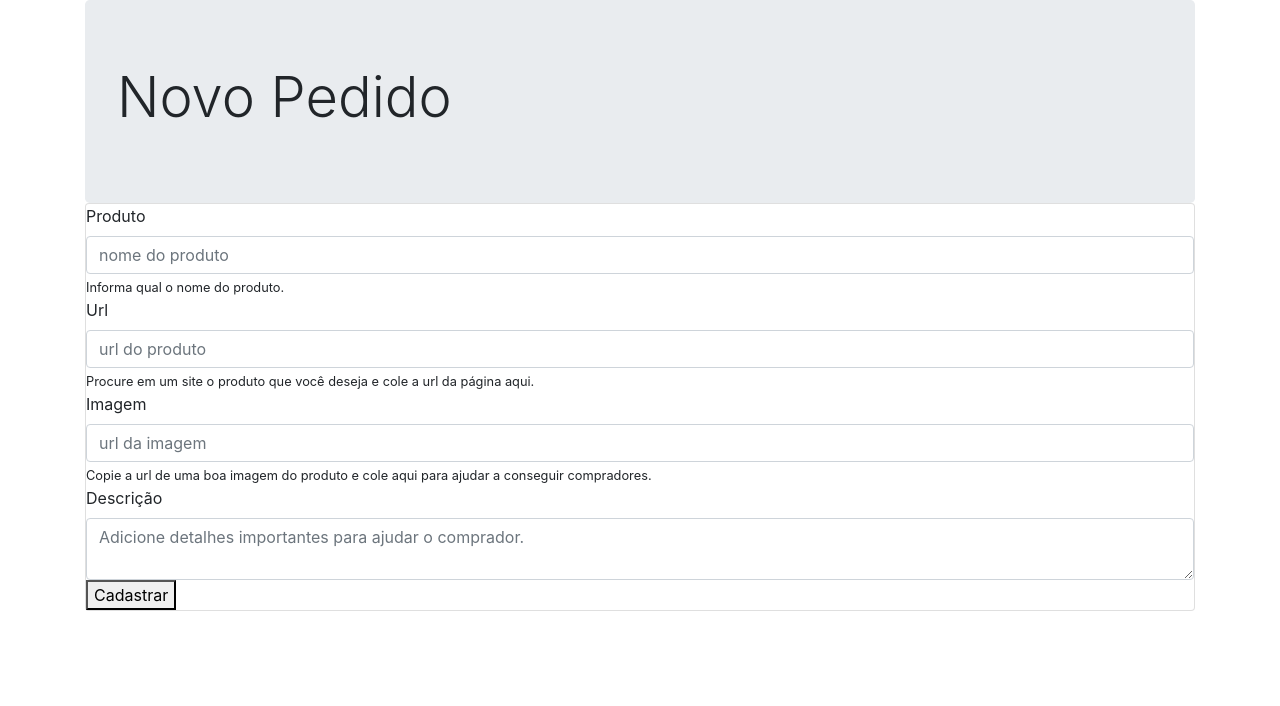
Repository: BrunoMreis/Spring-MVC-Crie-um-web-app-com-Thymeleaf-e-Bootstrap
Page: http://localhost/pedido/formulario
An editor plug-in stored every save of this project. The page is shown before and after the next save, followed by the edit.
The browser window is 1280 px wide. The pictures show the whole page.
The page is this project's Thymeleaf template; nobody is signed in. The template is opened directly, without the code that normally fills it, so the values that code supplies are empty.

Above is the page before, as saved 2020-10-15 14:28:05.

### mundi/src/main/resources/templates/pedido/formulario.html
<!DOCTYPE html>
<html>
<head>
<meta charset="UTF-8">
<title>Insert title here</title>
<link rel="stylesheet"
	href="https://stackpath.bootstrapcdn.com/bootstrap/4.5.2/css/bootstrap.min.css"
	integrity="sha384-JcKb8q3iqJ61gNV9KGb8thSsNjpSL0n8PARn9HuZOnIxN0hoP+VmmDGMN5t9UJ0Z"
	crossorigin="anonymous">
</head>
<body>
	<div class="container">
		<div class="jumbotron mb-0">
			<h1 class="display-4">Novo Pedido</h1>
		</div>

		<div class="card" >
		<form th:object="${requisicaoNovoPedido}"  action="/pedido/novo" method="POST">
			<div>
				<label for="nomeProduto">Produto</label>
				<input th:field="*{nomeProduto}"  placeholder="nome do produto" class="form-control"/>
				<small>Informa qual o nome do produto.</small>
			</div>
			<div>
				<label for="urlProduto">Url</label>
				 <input th:field="*{urlProduto}"  placeholder="url do produto" class="form-control"/>
				 <small>Procure em um site o produto que você deseja e cole a url da página aqui.</small>
			</div>
			<div>
				<label for="urlImagem">Imagem</label>
				<input th:field="*{urlImagem}"  placeholder="url da imagem" class="form-control"/>
				<small>Copie a url de uma boa imagem do produto e cole aqui para ajudar a conseguir
					compradores.</small>
			</div>
			<div>
				<label for="descricao">Descrição</label>
				<textarea  th:field="*{descricao}"
					placeholder="Adicione detalhes importantes para ajudar o comprador." class="form-control"></textarea>
			</div>
			<button type="submit">Cadastrar</button>
		</form>
		</div>
	</div>
</body>
</html>

After the next save:
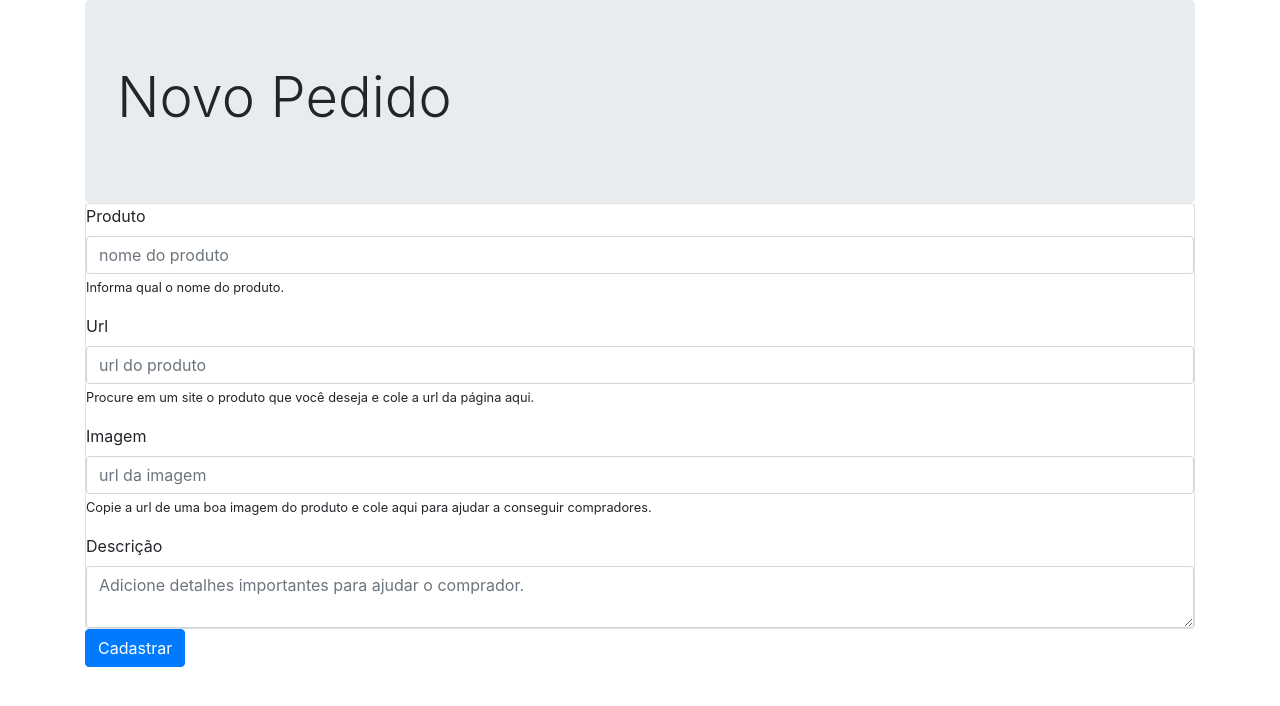
Saved 2 min 18 s later.
--- a/mundi/src/main/resources/templates/pedido/formulario.html
+++ b/mundi/src/main/resources/templates/pedido/formulario.html
@@ -16,28 +16,28 @@
 
 		<div class="card" >
 		<form th:object="${requisicaoNovoPedido}"  action="/pedido/novo" method="POST">
-			<div>
+			<div class="form-group">
 				<label for="nomeProduto">Produto</label>
 				<input th:field="*{nomeProduto}"  placeholder="nome do produto" class="form-control"/>
 				<small>Informa qual o nome do produto.</small>
 			</div>
-			<div>
+			<div class="form-group">
 				<label for="urlProduto">Url</label>
 				 <input th:field="*{urlProduto}"  placeholder="url do produto" class="form-control"/>
 				 <small>Procure em um site o produto que você deseja e cole a url da página aqui.</small>
 			</div>
-			<div>
+			<div class="form-group">
 				<label for="urlImagem">Imagem</label>
 				<input th:field="*{urlImagem}"  placeholder="url da imagem" class="form-control"/>
 				<small>Copie a url de uma boa imagem do produto e cole aqui para ajudar a conseguir
 					compradores.</small>
 			</div>
-			<div>
+			<divclass="form-group">
 				<label for="descricao">Descrição</label>
 				<textarea  th:field="*{descricao}"
 					placeholder="Adicione detalhes importantes para ajudar o comprador." class="form-control"></textarea>
 			</div>
-			<button type="submit">Cadastrar</button>
+			<button type="submit" class="btn btn-primary">Cadastrar</button>
 		</form>
 		</div>
 	</div>
